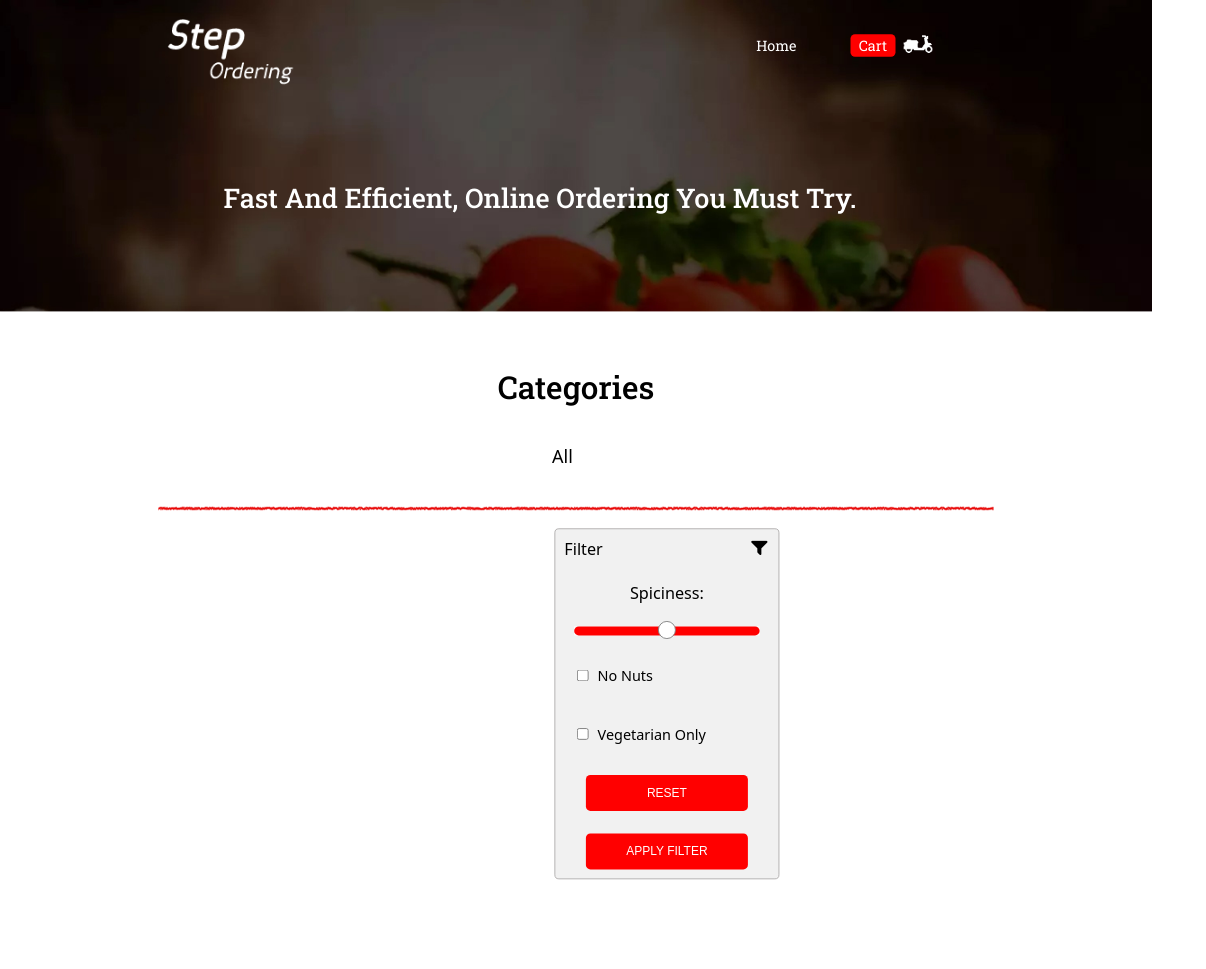
Repository: anastasia29-step/Online-Restaurant
Page: index.html
The author's editor kept a copy of each file at every save. The page is drawn from the files as they stood at one save, then again after the next save.
The browser window is 1280 px wide. The page is 1340 px wide, so the pictures cover 1340 px, including what lies to the right of the window. The pictures show the whole page, at 90% of full size.
Some web libraries are served in a nearby version.

Above is the page before, as saved 2026-03-10 16:36:10.
Not found: app.js/

After the next save:
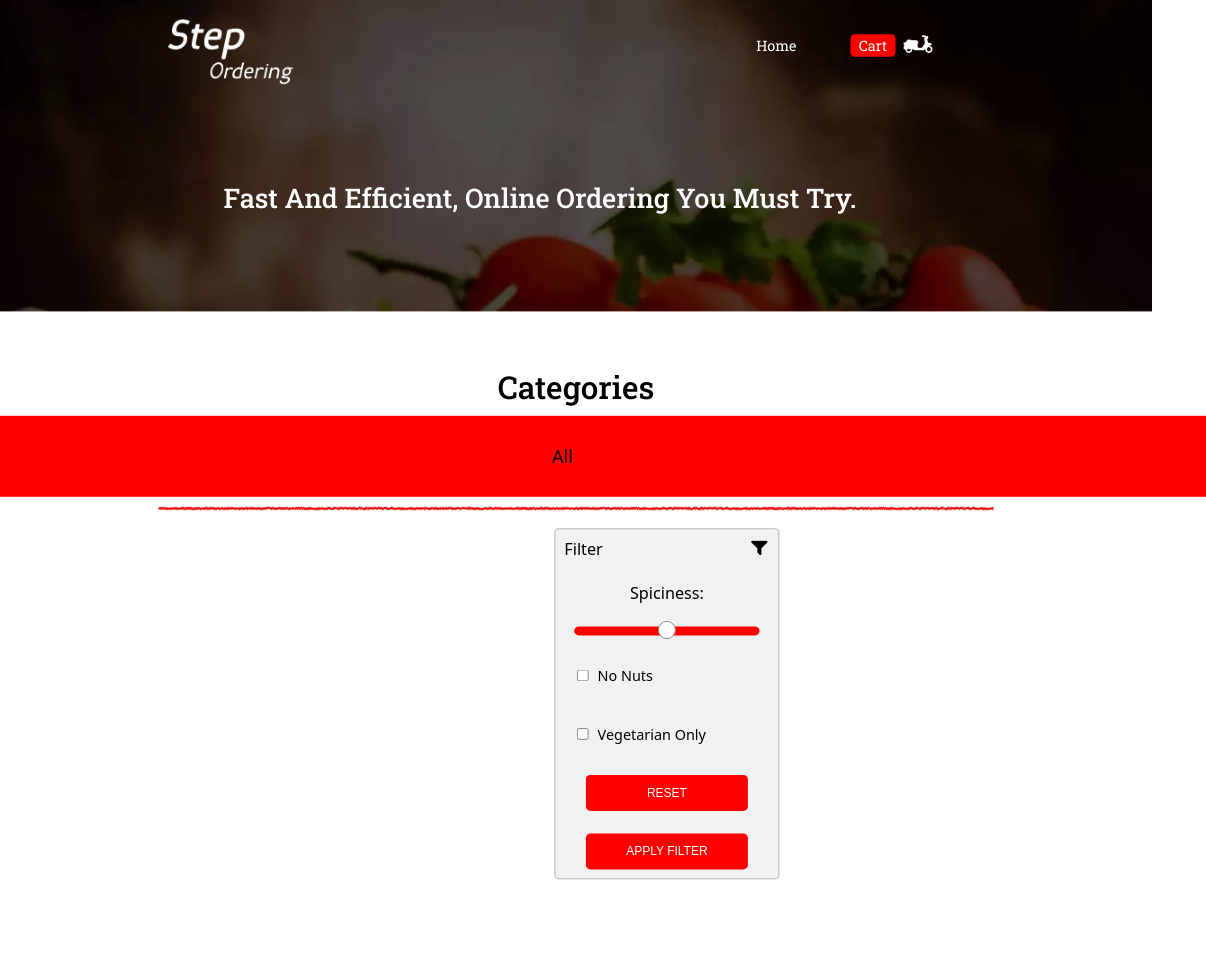
Saved 114 s later.
--- a/style.css
+++ b/style.css
@@ -35,6 +35,7 @@ ul {
     flex-wrap: wrap;
     list-style: none;
     font-weight: 400;
+    background-color: #FF0000;
     gap: 30px;
     font-family: system-ui, -apple-system, BlinkMacSystemFont, 'Segoe UI', Roboto, Oxygen, Ubuntu, Cantarell, 'Open Sans', 'Helvetica Neue', sans-serif;
     align-items: center;
@@ -229,7 +230,7 @@ ul li:hover {
 .filteredCard button {
     height: 40px;
     width: 180px;
-    background-color: red;
+    background-color: #FF0000;
     color: white;
     border: none;
     border-radius: 5px;
@@ -244,7 +245,7 @@ ul li:hover {
 }
 .range::-webkit-slider-runnable-track{
     height: 10px;
-    background: red;
+    background: #FF0000;
     border-radius: 10px;
 }
 .range::-webkit-slider-thumb{
